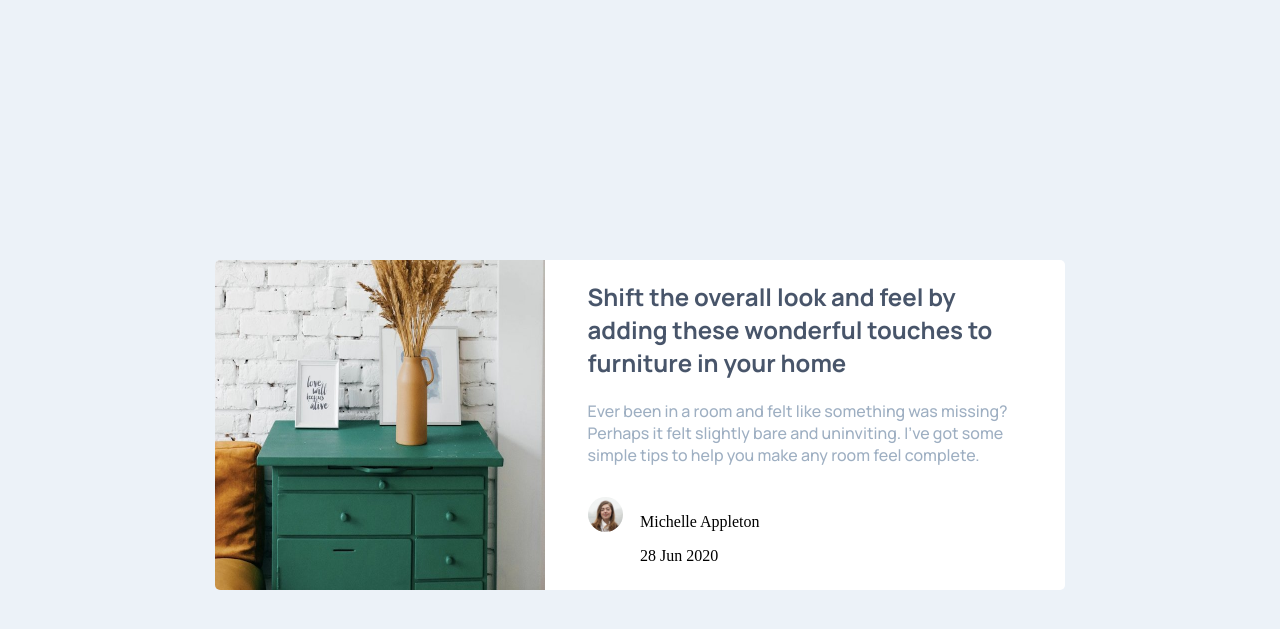
Repository: ricky603/training-css
Page: article-preview-component-master/index.html
These files come from the project's save history. The page is drawn as it stood at one moment and after the next save; the edit follows.
The browser window is 1280 px wide. The pictures show the whole page.

Above is the page before, as saved 2020-09-09 09:16:03.

After the next save:
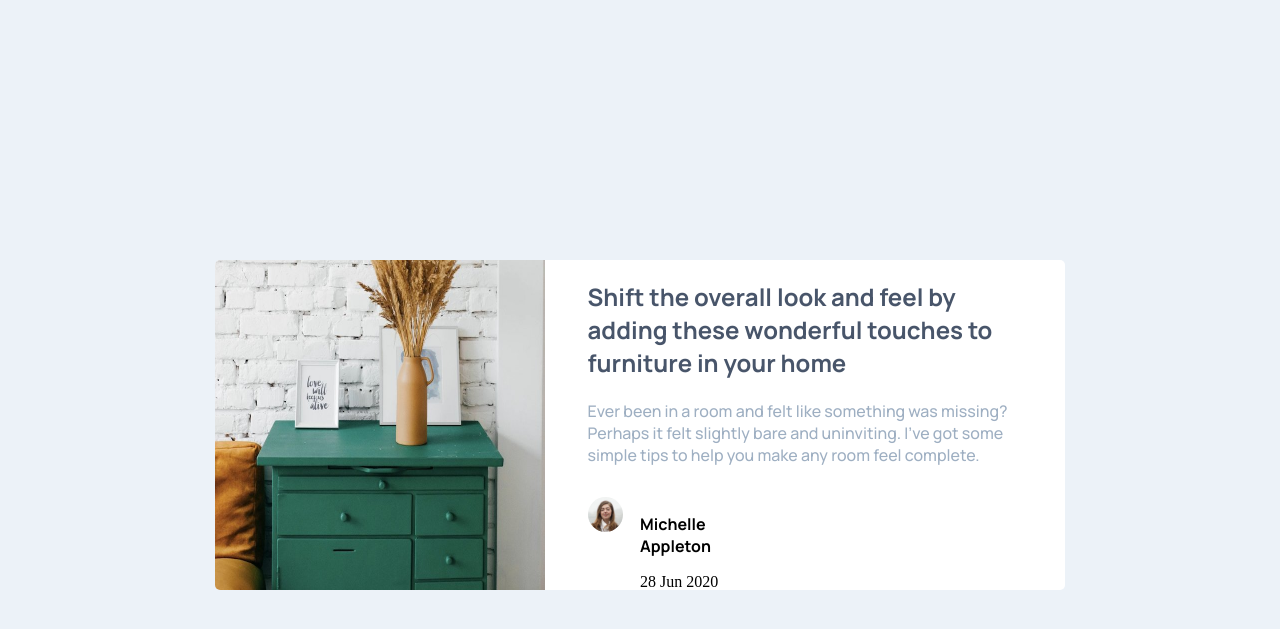
Saved 93 s later.
--- a/article-preview-component-master/index.html
+++ b/article-preview-component-master/index.html
@@ -30,9 +30,9 @@
             </div>
             <div class="avatar">
                 <img src="./images/avatar-michelle.jpg" class="profile">
-                <div class="name">
-                    <p>Michelle Appleton</p>
-                    <p>28 Jun 2020</p>
+                <div>
+                    <p class="name">Michelle Appleton</p>
+                    <p class="date">28 Jun 2020</p>
                 </div>
             </div>
         </div>
--- a/article-preview-component-master/styles.css
+++ b/article-preview-component-master/styles.css
@@ -23,7 +23,6 @@ h2 {
     display: inline-block;
     font-family: 'Manrope';
     font-weight: 500;
-    font-size: 16px;
     color: hsl(212, 23%, 69%);
     bottom: 15px;
 }
@@ -73,3 +72,8 @@ h2 {
     margin-right: 10%;
     margin-bottom: 100%;
 }
+
+.name {
+    font-family: 'Manrope';
+    font-weight: 700;
+}
